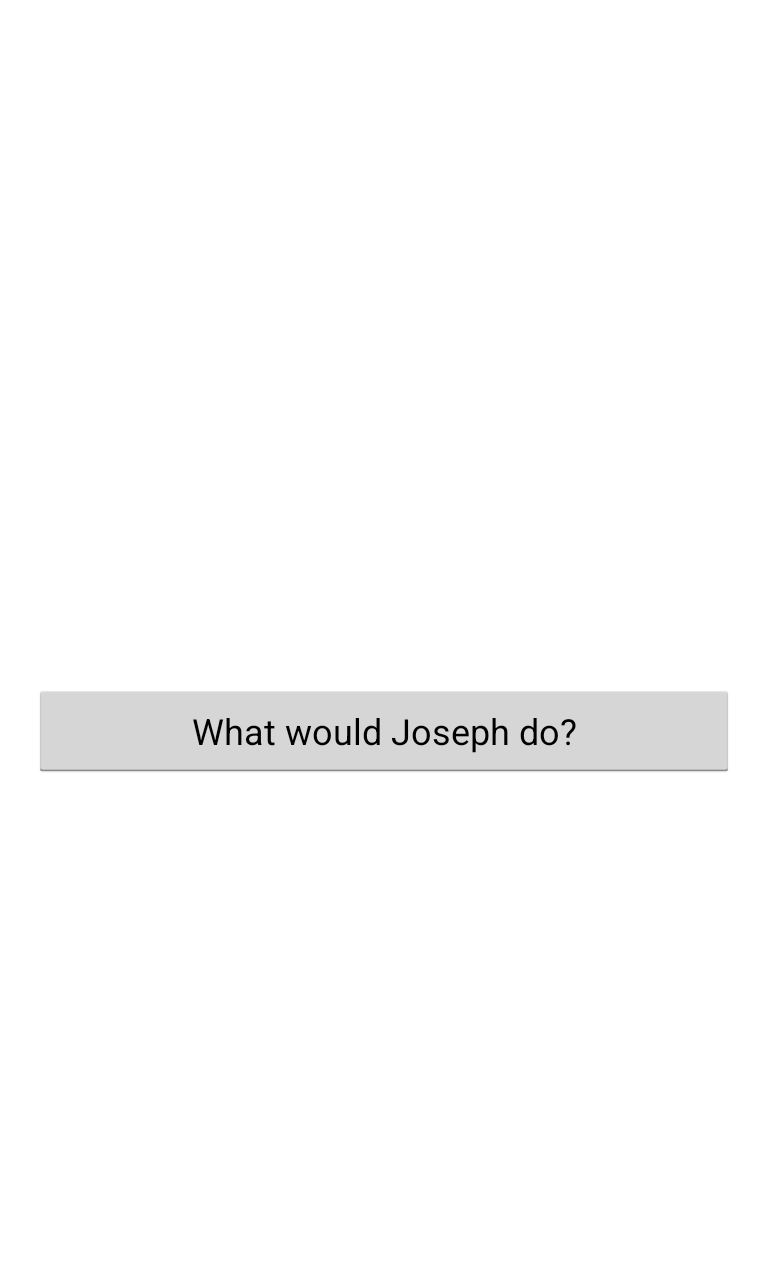
Repository: katietkh/josephandroid
Layout: wwjd/res/layout/activity_main.xml
An editor plug-in stored every save of this project. The layout is shown before and after the next save, followed by the edit.
It is drawn on a 768 x 1280 px phone screen (xhdpi) without system bars, with theme AppTheme; the app's code is not run.

Above is the layout before, as saved 2014-02-02 16:35:08.

### wwjd/res/layout/activity_main.xml
<RelativeLayout xmlns:android="http://schemas.android.com/apk/res/android"
    xmlns:tools="http://schemas.android.com/tools"
    android:layout_width="match_parent"
    android:layout_height="match_parent"
    android:paddingBottom="@dimen/activity_vertical_margin"
    android:paddingLeft="@dimen/activity_horizontal_margin"
    android:paddingRight="@dimen/activity_horizontal_margin"
    android:paddingTop="@dimen/activity_vertical_margin"
    tools:context=".MainActivity" >

    <TextView
        android:id="@+id/textView1"
        android:layout_width="wrap_content"
        android:layout_height="wrap_content"
        android:layout_centerHorizontal="true"
        android:layout_centerVertical="true"
        android:text=""
        android:textSize="32sp" />

    <Button
        android:id="@+id/button1"
        android:layout_width="match_parent"
        android:layout_height="wrap_content"
        android:layout_below="@+id/textView1"
        android:layout_centerHorizontal="true"
        android:text="What would Joseph do?" />

</RelativeLayout>

Loaded but not shown: wwjd/res/values/styles.xml (common file); wwjd/res/values-v11/styles.xml (common file); wwjd/res/values-v14/styles.xml (common file); wwjd/res/values/dimens.xml (common file)

After the next save:
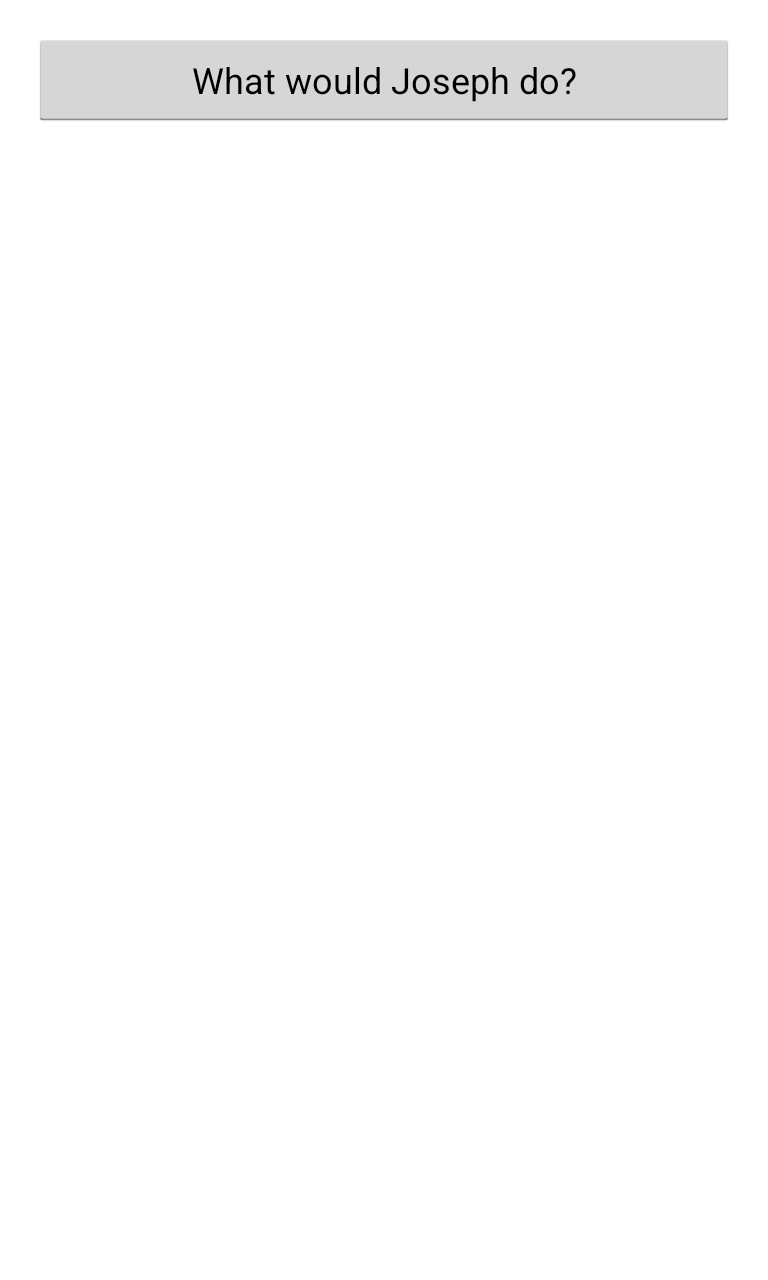
Saved 5 min 51 s later.
--- a/wwjd/res/layout/activity_main.xml
+++ b/wwjd/res/layout/activity_main.xml
@@ -9,7 +9,7 @@
     tools:context=".MainActivity" >
 
     <TextView
-        android:id="@+id/textView1"
+        android:id="@+id/buttontext"
         android:layout_width="wrap_content"
         android:layout_height="wrap_content"
         android:layout_centerHorizontal="true"

After the save that followed:
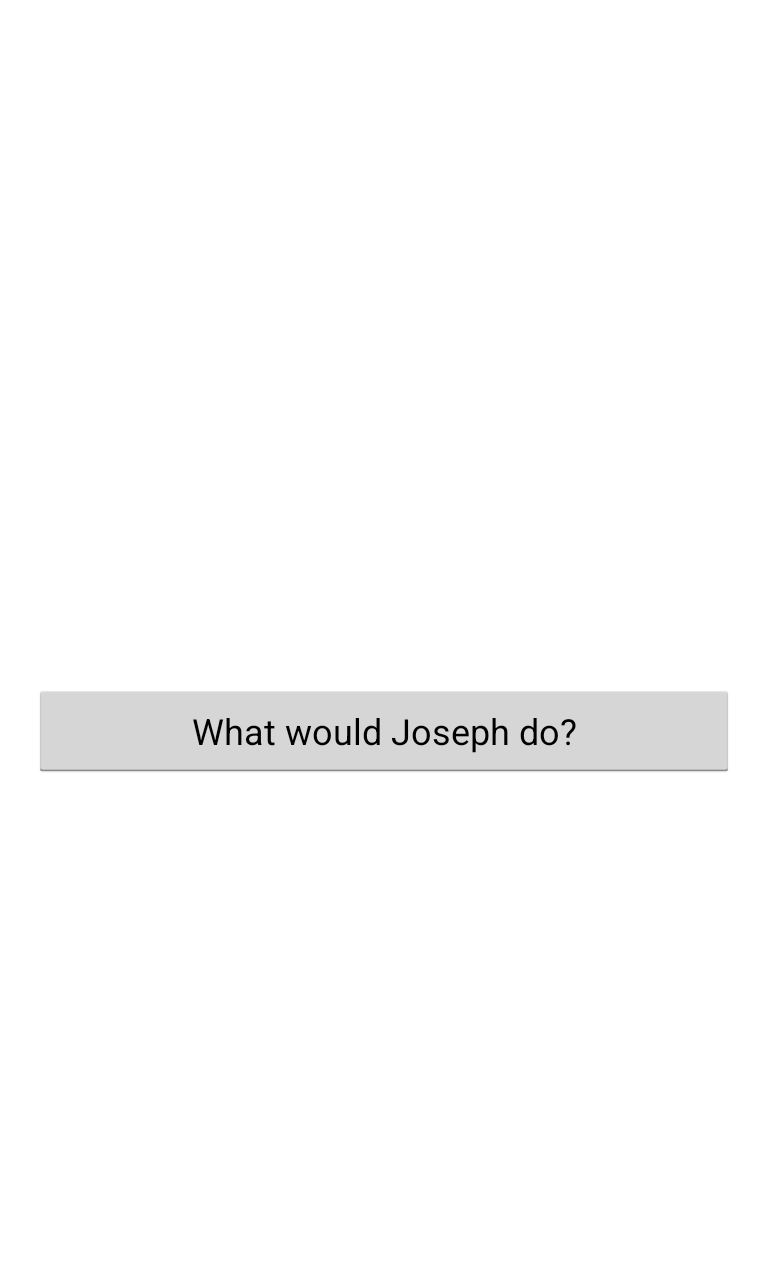
Saved 16 s later.
--- a/wwjd/res/layout/activity_main.xml
+++ b/wwjd/res/layout/activity_main.xml
@@ -21,7 +21,7 @@
         android:id="@+id/button1"
         android:layout_width="match_parent"
         android:layout_height="wrap_content"
-        android:layout_below="@+id/textView1"
+        android:layout_below="@+id/buttontext"
         android:layout_centerHorizontal="true"
         android:text="What would Joseph do?" />
 
